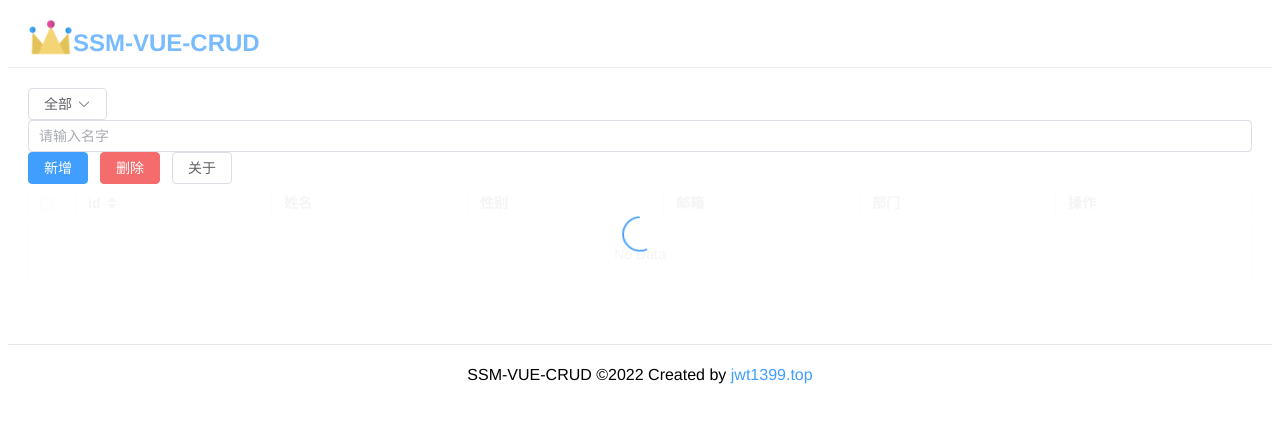
Repository: jwt1399/ssm-vue-crud
Page: / (app in ssm-crud-front/)
An editor plug-in stored every save of this project. The page is shown before and after the next save, followed by the edit.
The browser window is 1280 px wide. The pictures show the whole page.
The page's requests for data from a server got no answer. The project was rebuilt for these pictures with package versions that can differ from the ones it lists, and the page was loaded fresh each time. No one was signed in, and anything a server would have sent is missing. Also part of the build but not shown: ssm-crud-front/vue.config.js.

Above is the page before, as saved 2022-06-17 10:14:57.

### ssm-crud-front/public/index.html
<!DOCTYPE html>
<html lang="zh-Hans">
  <head>
    <meta charset="utf-8">
    <meta http-equiv="X-UA-Compatible" content="IE=edge">
    <meta name="viewport" content="width=device-width,initial-scale=1.0">
    <link rel="icon" href="<%= BASE_URL %>favicon.png">
    <title><%= htmlWebpackPlugin.options.title %></title>
  </head>
  <body>
    <noscript>
      <strong>We're sorry but <%= htmlWebpackPlugin.options.title %> doesn't work properly without JavaScript enabled. Please enable it to continue.</strong>
    </noscript>
    <div id="app"></div>
    <!-- built files will be auto injected -->
  </body>
</html>

### ssm-crud-front/src/main.js
import { createApp } from 'vue'
import App from './App.vue'
import router from './router'
import ElementPlus from 'element-plus'
import 'element-plus/dist/index.css'
import * as ElementPlusIconsVue from '@element-plus/icons-vue'

const app = createApp(App)

//配置全局icon
for (const [key, component] of Object.entries(ElementPlusIconsVue)) {
    app.component(key, component)
  }

app.use(router).use(ElementPlus).mount('#app')

### ssm-crud-front/src/App.vue
<template>
  <Header/>
  <router-view/>
  <Footer/>
</template>


<script setup>
import Header from '@/components/Header.vue'
import Footer from '@/components/Footer.vue'
</script>



<style>
#app {
  font-family: Avenir, Helvetica, Arial, sans-serif;
  -webkit-font-smoothing: antialiased;
  -moz-osx-font-smoothing: grayscale;
  /* text-align: center; */
  /* color: #2c3e50; */
}
</style>


<!-- 不使用script setup语法糖 -->
<!-- <script>
import Header from '@/components/Header.vue'
import Footer from '@/components/Footer.vue'
export default {
    components: {
        Header,
        Footer,
    }
}
</script> -->

### ssm-crud-front/src/router/index.js
import { createRouter, createWebHashHistory } from 'vue-router'
import CrudView from '../views/CrudView.vue'
const routes = [
  {
    path: '/',
    name: 'home',
    component: CrudView
  },
  {
    path: '/about',
    name: 'about',
    // 懒加载
    component: () => import(/* webpackChunkName: "about" */ '../views/AboutView.vue')
  }
]

const router = createRouter({
  history: createWebHashHistory(),
  routes
})

export default router

### ssm-crud-front/src/components/Header.vue
<template>
  <el-header class="header">
    <div class="nav">
      <a href="/" class="nav-link">
        <img src="../assets/favicon.png" alt="logo" class="nav-logo" />
        <h2 class="nav-title">SSM-VUE-CRUD</h2>
      </a>
    </div>

    <Dialog ref="dialog"/>
  </el-header>
</template>

<script setup>
import { ref } from "vue";
import { useRouter } from "vue-router";
import { Search } from "@element-plus/icons-vue";
import { ElMessage, ElMessageBox } from "element-plus";
import Dialog from '@/components/Dialog.vue';
// import { defineProps } from "vue";

import { inject } from "vue";

const dialog =ref(null)

const defaultText = ref("测试");

const searchChange = (val) => {
  console.log(val);
  // getEmployeeList();
};

//关于页跳转
const router = useRouter();
const skipAbout = () => {
  // window.location.href='#/about';
  // router.push({path:'about'})
  router.push({ name: "about" }); //路由名
  //弹框提示
  ElMessage({
    showClose: true,
    message: "这是本项目的关于页面！",
    center: true,
    type: "success",
  });
};

// 添加按钮
const handleAdd = (index, row) => {
  console.log(index, row);
    dialog.value.editNameDisabled = false;
    dialog.value.dialogFormVisible = true;
};

// 批量删除按钮
const batchDeleteEmployee = () => {
  if (batchIds.length == 0) {
    ElMessage({
      message: "最少选择一位员工！",
      type: "warning",
    });
    return;
  }
  ElMessageBox.confirm("此操作将永久删除该信息, 是否继续?", "提示", {
    confirmButtonText: "确定",
    cancelButtonText: "取消",
    type: "warning",
  })
    .then(() => {
      axios
        .batchDeleteEmployee({
          ids: batchIds,
        })
        .then((res) => {
          ElMessage({
            type: "success",
            message: res.msg,
          });
          this.getEmployeeList();
        })
        .catch((res) => {
          ElMessage({
            type: "info",
            message: res.msg,
          });
        });
    })
    .catch(() => {
      ElMessage({
        type: "info",
        message: "删除取消",
      });
    });
};
</script>

<style scoped>
.nav-logo {
  height: 45px;
  width: 45px;
  vertical-align: middle;
  display: inline-block;
}

.nav-title {
  /* font-size: 2rem; */
  display: inline-block;
  vertical-align: middle;
  color: #79bbff;
  padding-top: 10px;
}

.nav-item {
  display: flex;
  align-items: center;
}

.nav-search {
  width: 150px;
  margin: 0 20px;
}

.header {
  display: flex;
  align-items: center;
  justify-content: space-between;
  width: 100%;
  border-bottom: 1px solid #eee;
  min-width: 800px;
}
</style>

<!-- 不使用script setup语法糖 -->
<!-- <script>
import { ref } from 'vue'
import { useRouter } from 'vue-router'
import { Search } from '@element-plus/icons-vue'
export default {
    name: 'Header',
    setup() {
        const defaultText = ref("测试")
        const router = useRouter()
        const skipAbout = ()=>{
        // window.location.href='#/about';
        // router.push({path:'about'})
        router.push({ name: 'about'})
        }
        return {
            skipAbout,
            Search,
            defaultText,
        }
    },
}
</script> -->

### ssm-crud-front/src/components/Footer.vue
<template>
<el-footer class="footer">
    <span>SSM-VUE-CRUD ©2022 Created by </span>
    <a href="https://jwt1399.top" style="text-decoration: none;color: #409eff;"> jwt1399.top</a>
 </el-footer>
</template>

<!-- 不使用script setup语法糖 -->
<!-- <script>
export default{
    name:'Footer',
}
</script> -->

 <style scoped>
.footer {
    /* 显示在底部*/
    position: relative;
    text-align: center;
    width: 100%;
    /* 垂直居中23-24 */
    height: 60px;
    line-height:60px;
    background-color: #fff;
    border-top:1px solid #E7E7E7;
}
</style>

### ssm-crud-front/src/views/CrudView.vue
<template>
  <el-main>
        <div class="nav-item">
      <el-dropdown>
        <el-button size="default">
          全部
          <el-icon class="el-icon--right">
            <arrow-down />
          </el-icon>
        </el-button>
        <template #dropdown>
          <el-dropdown-menu>
            <el-dropdown-item>Action 1</el-dropdown-item>
            <el-dropdown-item>Action 2</el-dropdown-item>
          </el-dropdown-menu>
        </template>
      </el-dropdown>

      <div class="nav-search">
        <el-input
          placeholder="请输入名字"
          v-model="defaultText"
          size="default"
          :prefix-icon="Search"
          @change="searchChange"
          clearable
        >
        </el-input>
      </div>
      <el-button type="primary" size="default" @click="handleAdd()">新增</el-button>
      <el-button type="danger" size="default" @click="batchDeleteEmployee()"
        >删除</el-button
      >
      <el-button type="default" size="default" :plain="true" @click="skipAbout()"
        >关于</el-button
      >
    </div>
    <div class="data-table">
      <el-table
        :data="employeeList"
        border
        style="width: 100%"
        v-loading="loading"
        @selection-change="handleSelectionChange"
      >
        <el-table-column type="selection"></el-table-column>
        <el-table-column prop="empId" label="id" sortable></el-table-column>
        <el-table-column prop="empName" label="姓名"></el-table-column>
        <el-table-column prop="gender" label="性别" :formatter="formatterSex"></el-table-column>
        <el-table-column prop="email" label="邮箱"></el-table-column>
        <el-table-column prop="department.deptName" label="部门"></el-table-column>
        <el-table-column label="操作">
          <template #default="scope">
            <el-button
              type="primary"
              size="large"
              :icon="Edit"
              @click="handleEdit(scope.$index, scope.row)"
              circle
            >
            </el-button>
            <el-button
              type="danger"
              size="large"
              :icon="Delete"
              @click="handleDelete(scope.$index, scope.row)"
              circle
            >
            </el-button>
          </template>
        </el-table-column>
      </el-table>
    </div>
    <div class="table-pagination">
      <el-pagination
        v-model:current-page="pageNum"
        v-model:page-size="pageSize"
        :page-sizes="[5, 10, 15, 20]"
        :small="small"
        :disabled="disabled"
        :background="background"
        layout="total, sizes, prev, pager, next, jumper"
        :total="total"
        @size-change="handleSizeChange"
        @current-change="handleCurrentChange"
      >
      </el-pagination>
    </div>
  </el-main>
  <!-- <Dialog ref="dialog"/> -->
  <el-dialog
    v-model="dialogFormVisible"
    :title="editNameDisabled ? '修改' : '添加'"
    @close="dialogClose"
  >
    <el-form
      :model="EmpForm"
      :rules="rules"
      ref="formRef"
      label-position="right"
      label-width="80px"
      status-icon
    >
      <el-form-item label="姓名" prop="empName">
        <el-input v-model="EmpForm.empName" :disabled="editNameDisabled"></el-input>
      </el-form-item>
      <el-form-item label="邮箱" prop="email">
        <el-input v-model="EmpForm.email"></el-input>
      </el-form-item>
      <el-form-item label="性别" prop="gender">
        <el-radio-group v-model="EmpForm.gender">
          <el-radio :label="1" border size="default">男</el-radio>
          <el-radio :label="2" border size="default">女</el-radio>
        </el-radio-group>
      </el-form-item>
      <el-form-item label="所属部门" prop="dId">
        <el-select v-model="EmpForm.dId" placeholder="请选择部门">

          <el-option v-for="(item,index) in DeptList" :key="index" :label="item.deptName" :value="item.deptId">
          </el-option>
        </el-select>
      </el-form-item>
    </el-form>
    <template #footer>
      <span class="dialog-footer">
        <el-button @click="resetForm">取消</el-button>
        <el-button type="primary" @click="addSubmit">确定</el-button>
      </span>
    </template>
  </el-dialog>
</template>

<script setup>
import { ElMessage, ElMessageBox } from "element-plus";
import { ref, onBeforeMount, reactive } from "vue";
import { Edit, Delete } from "@element-plus/icons-vue";
import axios from "axios";
// import Dialog from '@/components/Dialog.vue';

// const dialog =ref(null)
//分页相关
const pageNum = ref(1);
const pageSize = ref(5);
const small = ref(false);
const background = ref(true);
const disabled = ref(false);
const total = ref(null);
//每页条目数
const handleSizeChange = (val) => {
  console.log(`每页条目数：${val}`);
  getEmployeeList(pageNum.value, val);
};
//当前页面
const handleCurrentChange = (val) => {
  console.log(`当前页面: ${val}`);
  getEmployeeList(val, pageSize.value);
};

//勾选框改变
let batchIds = ref(null);
const handleSelectionChange = (arr) => {
  console.log(arr);
  var arrs = [];
  for (var i = 0; i < arr.length; i++) {
    arrs.push(arr[i].empId);
  }
  batchIds = arrs.join();
  console.log(batchIds);
};

//获取员工数据
const employeeList = ref([]);
const loading = ref(true); //加载动画
function getEmployeeList(pageNum, pageSize) {
  axios
    .get("api/ssm_crud_back/employees/", {
      params: {
        pageNum: pageNum,
        pageSize: pageSize,
      },
    })
    .then(function (res) {
      console.log("所有员工信息：" , res.data);
      loading.value = false;
      employeeList.value = res.data.data.pageInfo.list;
      total.value = res.data.data.pageInfo.total;
      pageSize = res.data.data.pageInfo.pageSize;
      pageNum = res.data.data.pageInfo.pageNum;
    })
    .catch(function (error) {
      console.log(error);
    });
}
// 性别格式化
const formatterSex = (row, column) => {
  return row.gender == 1 ? "男" : "女";
};

// 删除按钮
const handleDelete = (index, row) => {
  console.log(index, row);
  ElMessageBox.confirm("此操作将永久删除该信息, 是否继续?", "提示", {
    confirmButtonText: "确定",
    cancelButtonText: "取消",
    type: "warning",
  })
    .then(() => {
      deleteEmployee(row.empId);
    })
    .catch(() => {
      ElMessage({ type: "info", message: "删除取消" });
    });
};
// 删除员工信息
function deleteEmployee(empId) {
  axios
    .delete(`api/ssm_crud_back/delete/${empId}`)
    .then((response) => {
      if (response.data.code == 100) {
        getEmployeeList();
        ElMessage({ type: "success", message: "删除成功" });
      } else {
        ElMessage({ type: "error", message: "删除失败" });
      }
    })
    .catch((error) => {
      console.log(error);
    });
}

let EmpForm = ref({
  empName: "",
  email: "",
  gender: "",
  dId: "",
  department: {
    deptId: "",
    deptName: "",
  },
});

// const EmpForm = ref({});
// 查询单个员工信息
function getEmployee(empId) {
  axios
    .get(`api/ssm_crud_back/emp/${empId}`)
    .then((response) => {
        console.log("单个员工信息：",response.data);
        EmpForm.value = response.data.data.emp;
        console.log(EmpForm);
    })
    .catch((error) => {
        console.log(error);
    });
}

//显示/隐藏对话框
let dialogFormVisible = ref(false);
//名字是否可编辑
let editNameDisabled = ref(false);

// 修改按钮
const handleEdit = (index, row) => {
  console.log(index, row);
  console.log(row.empId);

  getEmployee(row.empId);
  getAllDept();
  editNameDisabled.value = true;
  dialogFormVisible.value = true;
};

// 更新员工信息
function updateEmp(params) {
  axios.put("api/ssm_crud_back/update", {...params})
    .then((response) => {
        console.log(response.data)
      if (response.data.code == 100) {
        ElMessage({ type: "success", message: "更新成功" });
        getEmployeeList();
      } else {
        ElMessage({ type: "error", message: "更新失败" });
      }
    })
    .catch((error) => {
      console.log(error);
    });
}

onBeforeMount(() => {
  getEmployeeList();
});

let DeptList = ref({})

function getAllDept() {
    axios.get("api/ssm_crud_back/dept")
    .then(res => {
        console.log("部门信息：",res.data);
        DeptList.value = res.data.data.dept;
    })
    .catch(error => {
      console.log(error);
    });
}




//表单验证
const rules = reactive({
  empName: [
    {
      required: true,
      message: "Please input Activity name",
      trigger: "blur",
    },
    {
      min: 1,
      max: 15,
      message: "Length should be 1 to 15",
      trigger: "blur",
    },
  ],
  email: [
    {
      required: true,
      message: "请输入正确邮箱",
      trigger: "blur",
      pattern: /^[A-Za-z0-9\u4e00-\u9fa5]+@[a-zA-Z0-9_-]+(\.[a-zA-Z0-9_-]+)+$/,
    },
  ],
  gender: [
    {
      required: true,
      message: "请选择性别",
      trigger: "blur",
    },
  ],
  dId: [
    {
      required: true,
      message: "请选择部门",
      trigger: "blur",
    },
  ],
  department: [
    {
      required: true,
      message: "请选择部门",
      trigger: "blur",
    },
  ],
});

let formRef = ref(null);
// onMounted(()=>{
//     console.log(formRef.value)
// });

//表单验证
function submitForm() {
  let flag = false;
  formRef.value.slotsvalidate((valid) => {
    if (valid) {
      flag = true;
    } else {
      flag = false;
      return false;
    }
  });
  return flag;
}

function resetForm() {
  formRef.value.resetFields();
  dialogFormVisible.value = false;
}

function dialogClose() {
  console.log(formRef.value);
  formRef.value.resetFields();
}

//提交
function addSubmit() {
//   const valid = submitForm();
  const valid = true;
  if (valid) {
    if (editNameDisabled) {
      updateEmp(EmpForm.value);
    } else {
      addEmp(EmpForm.value);
    }
    dialogFormVisible.value = false;
  }
}
</script>

<style scoped>
.table-pagination {
  display: flex;
  justify-content: center;
  padding: 20px;
}
</style>

<!-- 不使用script setup语法糖 -->
<!-- <script>
import { ref,onBeforeMount } from 'vue'
import { Edit, Delete } from '@element-plus/icons-vue'
import axios from 'axios'
export default {
    name: 'CrudView',
    setup(){
        //分页相关
        const pageNum = ref(1)
        const pageSize = ref(5)
        const small = ref(false)
        const background = ref(true)
        const disabled = ref(false)
        const total = ref(null)
        const handleSizeChange = (val) => {
            console.log(`每页条目数：${val}`)
            getEmployeeList(pageNum.value,val)
        }
        const handleCurrentChange = (val) => {
            console.log(`当前页面: ${val}`)
            getEmployeeList(val,pageSize.value)
        }

        //获取员工数据
        const loading = ref(false)
        let batchIds = ref(null)
        const handleSelectionChange = (arr) => {
            console.log(arr)
            var arrs = [];
            for (var i = 0; i < arr.length; i++) {
                arrs.push(arr[i].empId);
            }
            batchIds = arrs.join();
            console.log(batchIds)
        }

        const handleEdit = (index, row) => {
            console.log(index, row)
        }

        const handleDelete = (index, row) => {
            console.log(index, row)
        }
        const employeeList =ref([])
        function getEmployeeList(pageNum,pageSize){
            axios.get("api/ssm_crud_back/employees/", {
                params: {
                    pageNum: pageNum,
                    pageSize: pageSize,
                }
            }).then(function(res) {
                console.log(res.data)
                loading.value = false
                employeeList.value = res.data.data.pageInfo.list
                total.value = res.data.data.pageInfo.total
                pageSize = res.data.data.pageInfo.pageSize
                pageNum = res.data.data.pageInfo.pageNum
            }).catch(function(error) {
                console.log(error);
            });
        }
        onBeforeMount(()=>{
            getEmployeeList();
        })
        // 性别格式化
        const formatterSex = (row, column)=>{
            return row.gender == 1 ? "男" : "女";
        };

        return{
            employeeList,
            getEmployeeList,
            pageNum,
            pageSize,
            total,
            small,
            disabled,
            background,
            formatterSex,
            handleSizeChange,
            handleCurrentChange,
            Edit,
            Delete,
            loading,
            handleSelectionChange,
            handleEdit,
            handleDelete,
        }
    }
}
</script> -->

### ssm-crud-front/src/components/Dialog.vue
<template>
    <el-dialog v-model="dialogFormVisible" :title="editNameDisabled ? '修改' : '添加'" @close="dialogClose">
        <el-form :model="EmpForm" :rules="rules" ref="formRef" label-position="right" label-width="80px" status-icon>
            <el-form-item label="姓名" prop="empName">
                <el-input v-model="EmpForm.empName" :disabled="editNameDisabled"></el-input>
            </el-form-item>
            <el-form-item label="邮箱" prop="email">
                <el-input v-model="EmpForm.email"></el-input>
            </el-form-item>
            <el-form-item label="性别" prop="gender">
                <el-radio-group v-model="EmpForm.gender">
                    <el-radio label="1" size="large">男</el-radio>
                    <el-radio label="2" size="large">女</el-radio>
                </el-radio-group>
            </el-form-item>
            <el-form-item label="部门" prop="dId">
                <el-select v-model="EmpForm.dId" placeholder="请选择部门">
                 <el-option label="Zone one" value="shanghai" />
                    <el-option label="Zone two" value="beijing" />
                    <!-- <el-option v-for="(item, index) in departmentList" :key="index" :label="item.deptName" :value="item.deptId"> -->
                    <!-- </el-option> -->
                </el-select>
            </el-form-item>
        </el-form>
        <template #footer>
            <span class="dialog-footer">
                <el-button @click="resetForm">取消</el-button>
                <el-button type="primary" @click="addSubmit">确定</el-button>
            </span>
        </template>
    </el-dialog>
</template>

<script setup>
import { ref, reactive, defineExpose,onMounted } from 'vue'
const EmpForm = reactive({
        empName: '测试',
        email: '',
        gender: '',
        dId: ''
    })
const departmentList = ref({})

//表单验证
const rules = reactive({
    empName: [{
        required: true,
        message: 'Please input Activity name',
        trigger: 'blur',
    },{
        min: 1,
        max: 15,
        message: 'Length should be 1 to 15',
        trigger: 'blur',
    }],
    email: [{
        required: true,
        message: '请输入正确邮箱',
        trigger: 'blur',
        pattern: /^[A-Za-z0-9\u4e00-\u9fa5]+@[a-zA-Z0-9_-]+(\.[a-zA-Z0-9_-]+)+$/
    }],
    gender: [{
        required: true,
        message: '请选择性别',
        trigger: 'blur',
    }],
    dId: [{
        required: true,
        message: '请选择部门',
        trigger: 'blur',
    }]
})

//显示/隐藏对话框
const dialogFormVisible = ref(false)
//名字是否可编辑
const editNameDisabled = ref(false)
defineExpose({
    dialogFormVisible,
    editNameDisabled,
    EmpForm,
})

let formRef = ref(null);
// onMounted(()=>{
//     console.log(formRef.value)
// });

//表单验证
function submitForm() {
    let flag = false;
    formRef.value.$slotsvalidate((valid) => {
        if (valid) {
            flag = true;
        } else {
            flag = false;
            return false;
        }
    });
    return flag
}


function resetForm() {
    formRef.value.resetFields();
    dialogFormVisible.value = false
}

function dialogClose() {
    console.log(formRef.value)
    formRef.value.resetFields();
}

//提交
function addSubmit() {
    const valid = submitForm()
    if (valid) {
        if (editNameDisabled) {
            updateEmp(editEmpForm)
        } else {
            addEmp(editEmpForm)
        }
        dialogFormVisible.value = false
    }
}

</script>

After the next save:
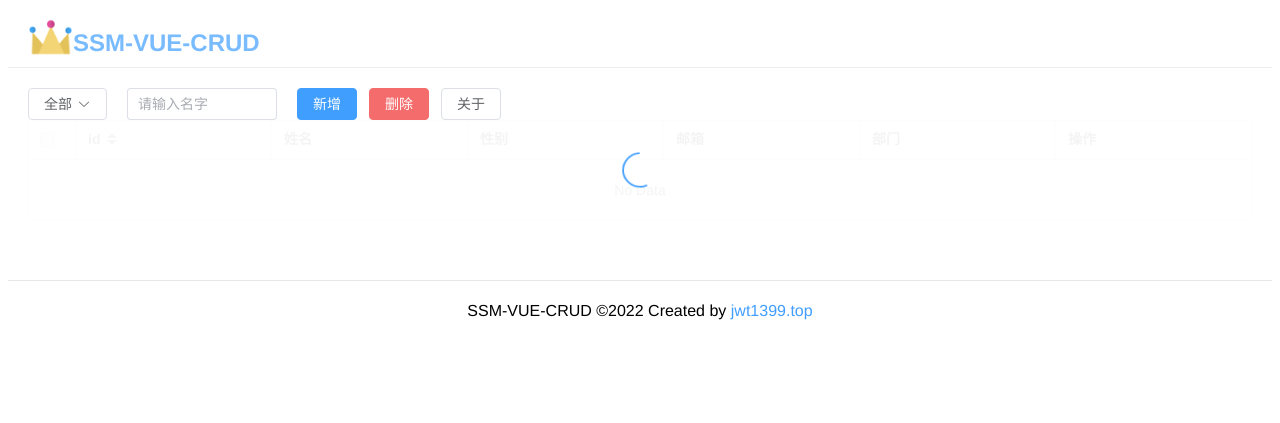
Saved 38 s later.
--- a/ssm-crud-front/src/views/CrudView.vue
+++ b/ssm-crud-front/src/views/CrudView.vue
@@ -403,6 +403,15 @@ function addSubmit() {
   justify-content: center;
   padding: 20px;
 }
+.nav-item {
+  display: flex;
+  align-items: center;
+}
+
+.nav-search {
+  width: 150px;
+  margin: 0 20px;
+}
 </style>
 
 <!-- 不使用script setup语法糖 -->
